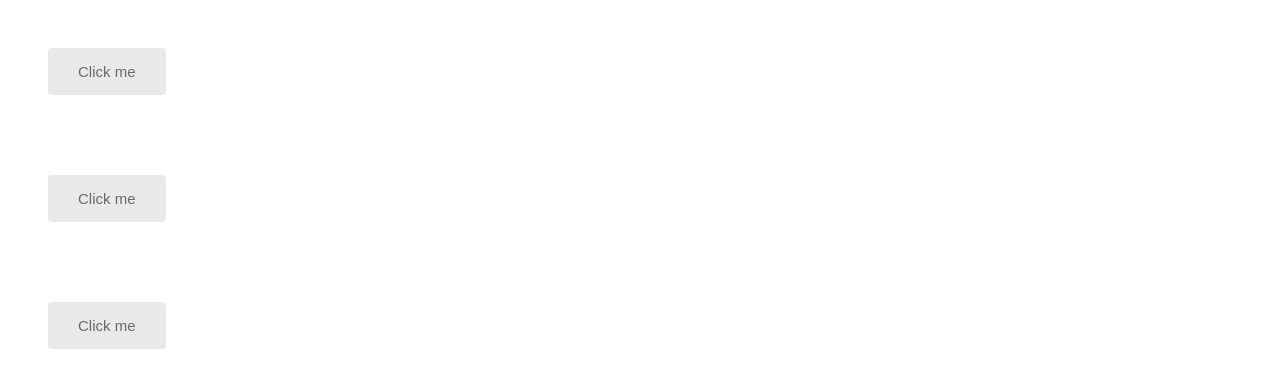
Repository: Folody-Team/Patery-UI
Page: example/index.html
An editor plug-in stored every save of this project. The page is shown before and after the next save, followed by the edit.
The browser window is 1280 px wide. The pictures show the whole page.

Above is the page before, as saved 2022-01-18 12:00:09.

### example/index.html
<!DOCTYPE html>
<html lang="en">
<head>
    <meta charset="UTF-8">
    <meta http-equiv="X-UA-Compatible" content="IE=edge">
    <meta name="viewport" content="width=device-width, initial-scale=1.0">
    <title>Example</title>
    <link rel="stylesheet" href="../patery-ui.css">
</head>
<body>
    <PateryMode>
        <PateryPadding class="test" padV="40px" padH="40px">
            <PateryButton class="hello">Click me</PateryButton>
        </PateryPadding>
        <PateryPadding class="test" padV="40px" padH="40px">
            <PateryButton>Click me</PateryButton>
        </PateryPadding>
        <PateryPadding class="test" padV="40px" padH="40px">
            <PateryButton>Click me</PateryButton>
        </PateryPadding>
    </PateryMode>
   <script src="../patery.js"></script>
</body>
</html>

### patery-ui.css
/*
    A modern website theme framework and simplified elements. Patery UI was born to simplify and also bring a modern touch, making the website interface more professional. (Easy access for newbies to learn web programming)
*/
*{
    font-size: 15px;
}
:root{
    --gray: #1a1a1a;
    --gray-light: #2f2f2f;
    --gray-lighter: #4a4a4a;
    --gray-lightest: #6a6a6a;
    --gray-moment: #303030;
    --red: #ff0a33;
    --red-moment: #ff3758;
    --blue: #00a0ff;
    --blue-moment: #0059ff;
    --green: #00ff4c;
    --green-moment: #00ff55;
    --yellow: #fdef2d;
    --yellow-moment: #fad313;
    --orange: #ff9c00;
    --orange-moment: #ff9c00;
    --purple: #ff00ff;
    --purple-moment: #ff00ff;
    --pink: #ff00ff;
    --pink-moment: #ff00ff;
    --white: #e9e9e9;
    --black: #000000;
    --transparent: transparent;
    --transparent-moment: rgba(0,0,0,0.5);
    --transparent-light: rgba(255,255,255,0.5);
    --transparent-dark: rgba(0,0,0,0.5);
    --transparent-lightest: rgba(255,255,255,0.1);
    --transparent-darkest: rgba(0,0,0,0.1);
    --transparent-light-moment: rgba(255,255,255,0.2);
    --transparent-dark-moment: rgba(0,0,0,0.5);
    --transparent-light-lightest: rgba(255,255,255,0.1);
    --transparent-dark-darkest: rgba(0,0,0,0.1);
    --transparent-light-light: rgba(255,255,255,0.2);
    --transparent-dark-dark: rgba(0,0,0,0.2);
}
button{
    border-style: none;
    border-radius: 5px;
    padding: 1rem 2rem;
    background: #e2e2e2;
    color: var(--gray-lightest);
    transition: 0.4s;
}
.paterybutton {
    position: relative;
    overflow: hidden;
    transition: background 400ms;
    background-color: var(--gray-moment);
    padding: 1rem 2rem;
    outline: 0;
    color: var(--white);
    border: 0;
    border-radius: 0.25rem;
    box-shadow: 0 0 0.5rem rgba(0, 0, 0, 0.3); /* black with 30% opacity */
    cursor: pointer;
}
span.ri-67 {
    position: absolute;
    border-radius: 50%;
    transform: scale(0);
    animation: ri-67 600ms linear;
    background-color: var(--transparent-light-moment);
}
.dark{
    background-color: var(--gray-moment);
    color: #fff;
}
.light{
    background-color: var(--white);
    color: var(--gray-lightest);
    box-shadow: none;
}

@keyframes ri-67 {
    to {
      transform: scale(4);
      opacity: 0;
    }
}

### patery.js
/**
 * Patery UI Library v0.1.0
 * Copyright (c) 2022, Patery
 * Released under the MIT license
 */
/**
 * @param {string} str
 * @return {string}
 * @description
 */
 (async () => {
  const debug = false; // true;
})();
(async () => {
  const debug = false; // true;
})();
(async () => {
  const debug = false; // true;
})();
(async () => {
  const debug = false; // true;
})();
(async () => {
  const debug = false; // true;
})();
const _DARK = "dark";
const _LIGHT = "light";
eval(eval(eval(eval(eval(eval(
  (function(){
    (() => {
      eval(eval(eval(eval(eval(
        /**
         * @param {string} str
         * @return {string}
         * @description
         * @param {string} str
         * @return {string}
         */
        main()
      )))));function main() {
        (async () => {
          // if document PateryPadding element tag
          if(document.querySelector("PateryPadding") || document.querySelectorAll("PateryPadding")) {
            document.querySelectorAll("PateryPadding").forEach(P => {
              const D = document.createElement("div");
              const A = P.attributes;
              for (let i = 0; i < A.length; i++) {
                D.setAttribute(A[i].name, A[i].value);
              }
              while (P.firstChild) {
                D.appendChild(P.firstChild);
              }
              P.parentNode.replaceChild(D, P);
            })

          }
        })();
        (async () => {
          if (document.body.innerHTML.includes("403 Forbidden")) return;
          if (document.title.includes("404")) return;
          document.querySelectorAll("*").forEach(function (e) {
            if (e.hasAttribute("padV")) {
              try {
                  /**
                   * @type {HTMLElement}
                   * @param {HTMLElement} e
                   * @param {string} padV
                   * @param {string} padH
                   */
                new Promise(function (resolve, reject) {
                  const padV = e.getAttribute("padV");
                  resolve(padV);
                }).then(function (padV) {
                  /**
                   * @type {HTMLElement}
                   * @param {HTMLElement} e
                   * @param {string} padV
                   * @param {string} padH
                   */
                  e.style.paddingTop = padV;
                  e.style.paddingBottom = padV;
                  e.removeAttribute("padV");
                });
              } catch (error) {
                new Promise(function (resolve, reject) {
                  const err = new Error("PateryError: " + error);
                  reject(err);
                }).then(function (err) {
                  console.error(err);
                });
              }
            }
            if (e.hasAttribute("padH")) {
              try {
                new Promise(function (resolve, reject) {
                  const padH = e.getAttribute("padH");
                  resolve(padH);
                }).then(function (padH) {
                  e.style.paddingLeft = padH;
                  e.style.paddingRight = padH;
                  e.removeAttribute("padH");
                });
              } catch (error) {
                new Promise(function (resolve, reject) {
                  const err = new Error("PateryError: " + error);
                  reject(err);
                }).then(function (err) {
                  console.error(err);
                });
              }
            }
          });
        })();
        (async () => {
          if (document.body.innerHTML.includes("403 Forbidden")) return;
          if (document.title.includes("404")) return;
          document.querySelectorAll("*").forEach(function (e) {
            if (e.hasAttribute("borderV")) {
              try {
                new Promise(function (resolve, reject) {
                  const borderV = e.getAttribute("borderV");
                  resolve(borderV);
                }).then(function (borderV) {
                  (e.style.borderTop = borderV),
                  (e.style.borderBottom = borderV),
                  e.removeAttribute("borderV");
                });
              } catch (error) {
                new Promise(function (resolve, reject) {
                  reject(new Error("PateryError: " + error));
                }).then(function (err) {
                  console.error(err);
                });
              }
            }
            if (e.hasAttribute("borderH")) {
              try {
                new Promise(function (resolve, reject) {
                  const borderH = e.getAttribute("borderH");
                  resolve(borderH);
                }).then(function (borderH) {
                  (e.style.borderLeft = borderH),
                  (e.style.borderRight = borderH),
                  e.removeAttribute("borderH");
                });
              } catch (error) {
                new Promise(function (resolve, reject) {
                  reject(new Error("PateryError: " + error));

                }).then(function (err) {
                  console.error(err);
                });
              }
            }
          });
        })();
        // (() => {
        //   const css = document.createElement("link");
        //   css.rel = "stylesheet";
        //   css.type = "text/css";
        //   css.href = "https://cdn.jsdelivr.net/npm/patery-ui@1.0.8/patery-ui.css";
        //   document.head.appendChild(css);
        // })();
        (() => {
          if(document.querySelector("PateryMode")) {
            document.querySelectorAll("PateryMode").forEach(ES => {
              eval(eval(eval(eval(eval(
                /**
                 * @param {string} str
                 * @return {string}
                 * @description
                 * @param {string} str
                 */
                (function(){
                  const M = document.createElement("div");
                  const A = ES.attributes;
                  for (let i = 0; i < A.length; i++) {
                    M.setAttribute(A[i].name, A[i].value);
                  } while (ES.firstChild) {
                    M.appendChild(ES.firstChild);
                  } ES.parentNode.replaceChild(M, ES);
                  const D = window.matchMedia(`(prefers-color-scheme: ${_DARK})`),
                      L = window.matchMedia(`(prefers-color-scheme: ${_LIGHT})`);
                  // get color theme from local storage or browser settings if not set yet
                  const theme = localStorage.getItem("theme");
                  if (theme === null) {
                    if (D.matches) {
                      localStorage.setItem("theme", _DARK);
                    } else if (L.matches) {
                      localStorage.setItem("theme", _LIGHT);
                    } else {
                      localStorage.setItem("theme", _DARK);
                    }
                  }
                  // if is not dark or light mode then pick color from browser settings
                  if(!D.matches && !L.matches) {
                    if(window.matchMedia("(prefers-color-scheme: no-preference)").matches) {
                      if(window.matchMedia(`(prefers-color-scheme: ${_DARK})`).matches) {
                        document.body.style.backgroundColor = "#1a1a1a";
                        document.body.style.color = "#fff";
                      } else {
                        document.body.style.backgroundColor = "#fff";
                        document.body.style.color = "#000";
                      }
                    }
                  } else {
                    // set dark mode and light mode for all elements
                    if (D.matches) {
                      document.querySelectorAll("*").forEach(function (e) {
                        if(document.querySelector("PateryButton")) {
                          document.querySelectorAll("PateryButton").forEach(P => {
                            const dark = "dark";
                            const CLASS = P.getAttribute("class");
                            const complete = dark + " " + CLASS;
                            P.setAttribute("class", complete);

                          })
                        }
                        if(e.tagName === "BODY") {
                          e.style.backgroundColor = "#1a1a1a";
                          e.style.color = "#fff";
                        }
                      });
                    } if (L.matches) {
                      document.querySelectorAll("*").forEach(function (e) {
                        if(document.querySelector("PateryButton")) {
                          document.querySelectorAll("PateryButton").forEach(P => {
                            const light = "light";
                            const CLASS = P.getAttribute("class");
                            const complete = light + " " + CLASS;
                            P.setAttribute("class", complete);
                          })
                          document.querySelectorAll(".ri-67").forEach(P => {
                            P.style.backgroundColor = "var(--gray-light)";
                          })
                        }
                        if(e.tagName === "BODY") {
                          e.style.backgroundColor = "#fff";
                          e.style.color = "#000";
                        }
                      });
                    }
                  }
                })()
              )))));
            })
          }
        })();
        (() => {
          if(document.querySelector("PateryButton") || document.querySelectorAll("PateryButton")) {
              document.querySelectorAll("PateryButton").forEach(function (e) {
                const B = document.createElement("button");
                const A = e.attributes;

                while (e.firstChild) {
                  B.appendChild(e.firstChild);
                }
                const PClass = e.tagName.toLowerCase();
                const BClass = e.getAttribute("class");
                const complete = PClass + " " + BClass;
                B.setAttribute("class", complete);
                e.parentNode.replaceChild(B, e);
              });
          }

        })();
        (() => {
          function createRipple(event) {
            const B = event.currentTarget;
            const C = document.createElement("span");
            const D = Math.max(B.clientWidth, B.clientHeight);
            const RA = D / 2;
            C.style.width = C.style.height = `${D}px`;
            C.style.left = `${event.clientX - B.offsetLeft - RA}px`;
            C.style.top = `${event.clientY - B.offsetTop - RA}px`;
            C.classList.add("ri-67");
            const R = B.getElementsByClassName("ri-67")[0];
            if (R) {
              R.remove();
            }
            B.appendChild(C);
          };
          const BS = document.querySelectorAll(".paterybutton");
          BS.forEach(button => {
            button.addEventListener("click", createRipple);
          });

        })();
      }
    })();

})()))))));

After the next save:
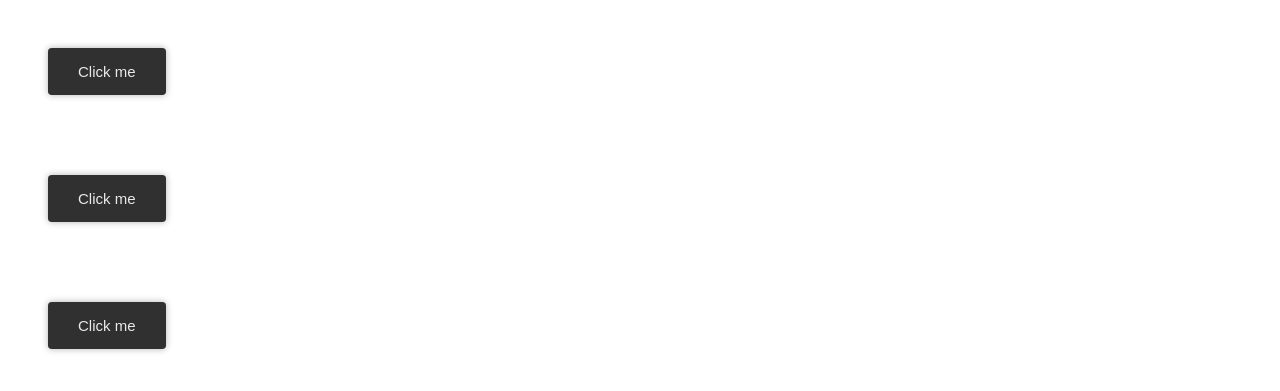
Saved 41 s later.
--- a/patery.js
+++ b/patery.js
@@ -179,23 +179,23 @@
                   } while (ES.firstChild) {
                     M.appendChild(ES.firstChild);
                   } ES.parentNode.replaceChild(M, ES);
-                  const D = window.matchMedia(`(prefers-color-scheme: ${_DARK})`),
-                      L = window.matchMedia(`(prefers-color-scheme: ${_LIGHT})`);
+                  const D = window.matchMedia(`(prefers-color-scheme: dark)`),
+                      L = window.matchMedia(`(prefers-color-scheme: dark)`);
                   // get color theme from local storage or browser settings if not set yet
                   const theme = localStorage.getItem("theme");
                   if (theme === null) {
                     if (D.matches) {
-                      localStorage.setItem("theme", _DARK);
+                      localStorage.setItem("theme", "dark");
                     } else if (L.matches) {
-                      localStorage.setItem("theme", _LIGHT);
+                      localStorage.setItem("theme", "light");
                     } else {
-                      localStorage.setItem("theme", _DARK);
+                      localStorage.setItem("theme", "light");
                     }
                   }
                   // if is not dark or light mode then pick color from browser settings
                   if(!D.matches && !L.matches) {
                     if(window.matchMedia("(prefers-color-scheme: no-preference)").matches) {
-                      if(window.matchMedia(`(prefers-color-scheme: ${_DARK})`).matches) {
+                      if(window.matchMedia(`(prefers-color-scheme: dark)`).matches) {
                         document.body.style.backgroundColor = "#1a1a1a";
                         document.body.style.color = "#fff";
                       } else {
@@ -252,6 +252,10 @@
                 const B = document.createElement("button");
                 const A = e.attributes;
 
+                for (let i = 0; i < A.length; i++) {
+                  //
+                  B.setAttribute(A[i].name, A[i].value);
+                }
                 while (e.firstChild) {
                   B.appendChild(e.firstChild);
                 }

After the save that followed:
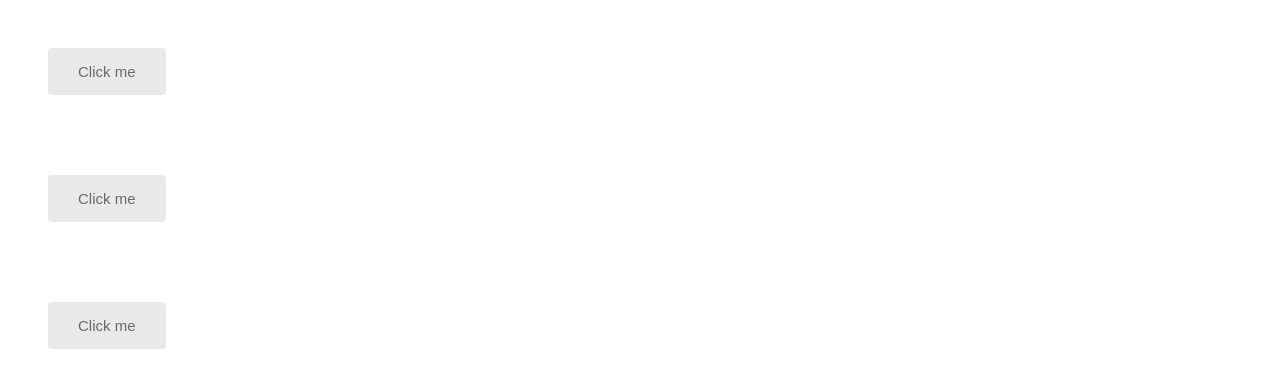
Saved 13 s later.
--- a/patery.js
+++ b/patery.js
@@ -180,7 +180,7 @@
                     M.appendChild(ES.firstChild);
                   } ES.parentNode.replaceChild(M, ES);
                   const D = window.matchMedia(`(prefers-color-scheme: dark)`),
-                      L = window.matchMedia(`(prefers-color-scheme: dark)`);
+                      L = window.matchMedia(`(prefers-color-scheme: light)`);
                   // get color theme from local storage or browser settings if not set yet
                   const theme = localStorage.getItem("theme");
                   if (theme === null) {
